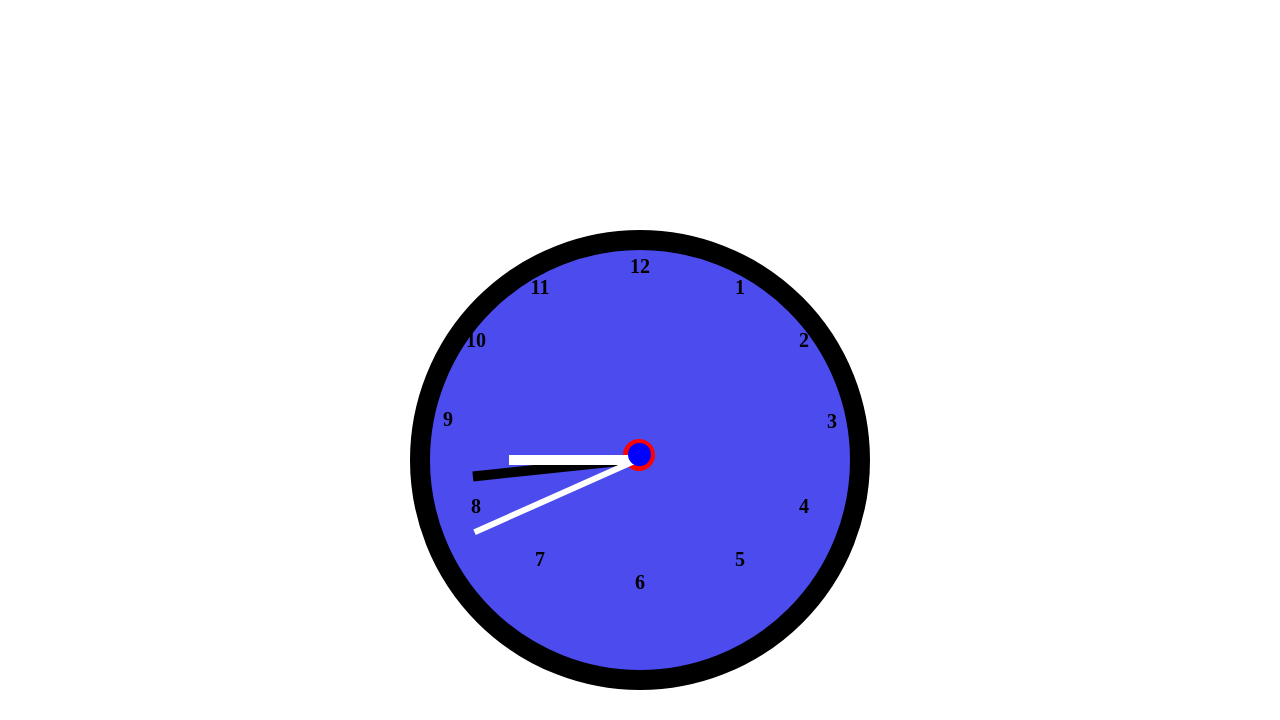
Repository: Eugene44-hub/Analog-clock
Page: index.html
An editor plug-in stored every save of this project. The page is shown before and after the next save, followed by the edit.
The browser window is 1280 px wide. The pictures show the whole page.

Above is the page before, as saved 2021-09-04 20:02:19.

### index.html
<!DOCTYPE html>
<html lang="en">

<head>
    <meta charset="UTF-8">
    <meta http-equiv="X-UA-Compatible" content="IE=edge">
    <meta name="viewport" content="width=device-width, initial-scale=1.0">
    <title>Document</title>
    <link rel="stylesheet" href="style.css">
</head>

<body>
    <div class="clock">
        <div class="numbers">

            <div class="circle"></div>
            <div class="minute"></div>
            <div class="hour"></div>
            <div class="second"></div>
            <div class="circle small"></div>
            <div class="num1">1</div>
            <div class="num2">2</div>
            <div class="num3">3</div>
            <div class="num4">4</div>
            <div class="num5">5</div>
            <div class="num6">6</div>
            <div class="num7">7</div>
            <div class="num8">8</div>
            <div class="num9">9</div>
            <div class="num10">10</div>
            <div class="num11">11</div>
            <div class="num12">12</div>
        </div>
    </div>
</body>

<script src="app.js"></script>

</html>

### style.css
* {
    padding: 0;
    margin: 0;
}

.clock {
    background-color: rgb(75, 75, 238);
    height: 400px;
    width: 400px;
    border: 20px solid black;
    text-align: center;
    font-weight: bold;
    font-family: cursive;
    font-size: 20px;
    transform: translate(0, 50%);
    position: relative;
    border-radius: 50%;
    margin: auto;
    padding: 10px;
}

.circle {
    background-color: red;
    position: absolute;
    top: 45%;
    left: 46%;
    width: 32px;
    height: 32px;
    border-radius: 50%;
}

.minute {
    background-color: black;
    position: absolute;
    top: 10%;
    left: 48.5%;
    width: 10px;
    height: 167px;
    border: 50%;
    transform: rotate(0deg);
    transform-origin: bottom;
}

.hour {
    background-color: black;
    position: absolute;
    top: 19%;
    left: 48.5%;
    width: 10px;
    height: 130px;
    border: 50%;
    transform: rotate(0deg);
    background-color: white;
    transform-origin: bottom;
    /* animation: clock 60s linear infinite; */
}

.second {
    position: absolute;
    top: 7%;
    left: 49%;
    width: 6px;
    height: 180px;
    border: 50%;
    transform: rotate(0deg);
    background-color: white;
    transform-origin: bottom;
    animation: clock 60s linear infinite;
}

.small {
    width: 23px;
    height: 23px;
    background-color: blue;
    left: 198px;
    top: 46%;
}


/*
@keyframes clock {
    from {
        transform: rotate(0deg);
        background-color: white;
    }
    to {
        transform: rotate(360deg);
        background-color: blueviolet;
    }
} */

.num6 {
    transform: translate(0, 850%);
}

.num9 {
    transform: translate(-48%, -155%);
}

.num12 {
    transform: translate(0, -1120%);
}

.num3 {
    transform: translate(48%, 450%);
}

.num1 {
    transform: translate(25%, 70%);
}

.num2 {
    transform: translate(41%, 200%);
}

.num4 {
    transform: translate(41%, 720%);
}

.num5 {
    transform: translate(25%, 850%);
}

.num5 {
    transform: translate(25%, 850%);
}

.num7 {
    transform: translate(-25%, 650%);
}

.num8 {
    transform: translate(-41%, 320%);
}

.num11 {
    transform: translate(-25%, -930%)
}

.num10 {
    transform: translate(-41%, -600%);
}


/* .num1,
.num2,
.num3,
.num4,
.num5,
.num6,
.num7,
.num8,
.num9,
.num10,
.num11,
.num12 {
    padding: 15px;
} */


/* .num1 {
    transform: translate(28%, 100%);
}

.num2 {
    transform: translate(44%, 260%);
}

.num3 {
    transform: translate(48%, 489%);
}

.num4 {
    transform: translate(44%, 750%);
}

.num5 {
    transform: translate(28%, 890%);
}

.num6 {
    transform: translate(0, 890%);
}

.num7 {
    transform: translate(24%, 694%);
}

.num8 {
    transform: translate(-44%, 350%)
}

.num9 {
    transform: translate(-48%, -100%);
}

.num10 {
    transform: translate(-44%, -540%);
}

.num11 {
    transform: translate(-28%, -900%);
}

.num12 {
    transform: translate(0, -1130%);
} */

### app.js
let second, hour, minute, date;

second = document.querySelector('.second');
hour = document.querySelector('.hour');
minute = document.querySelector('.minute');
date = new Date();
seconds = date.getSeconds();
hours = date.getHours() - 12;
minutes = date.getMinutes();

console.log(hours)
second.style.transform = ` rotate(${seconds*6}deg)`;
minute.style.transform = `rotate(${minutes*6}deg)`;
hour.style.transform = `rotate(${270}deg)`;

After the next save:
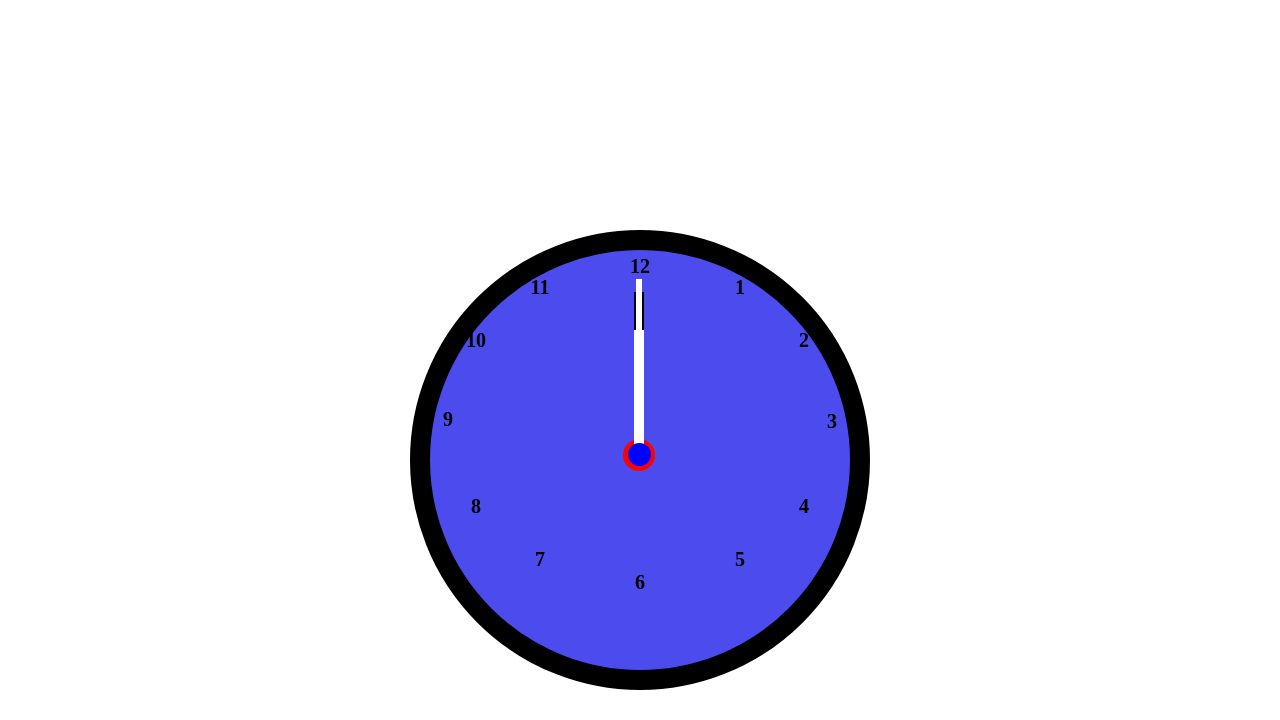
Console error: SyntaxError: Unexpected token '}'
Saved 21 s later.
--- a/app.js
+++ b/app.js
@@ -11,4 +11,4 @@
 console.log(hours)
 second.style.transform = ` rotate(${seconds*6}deg)`;
 minute.style.transform = `rotate(${minutes*6}deg)`;
-hour.style.transform = `rotate(${270}deg)`;
+hour.style.transform = `rotate(${}deg)`;

After the 3 saves that followed:
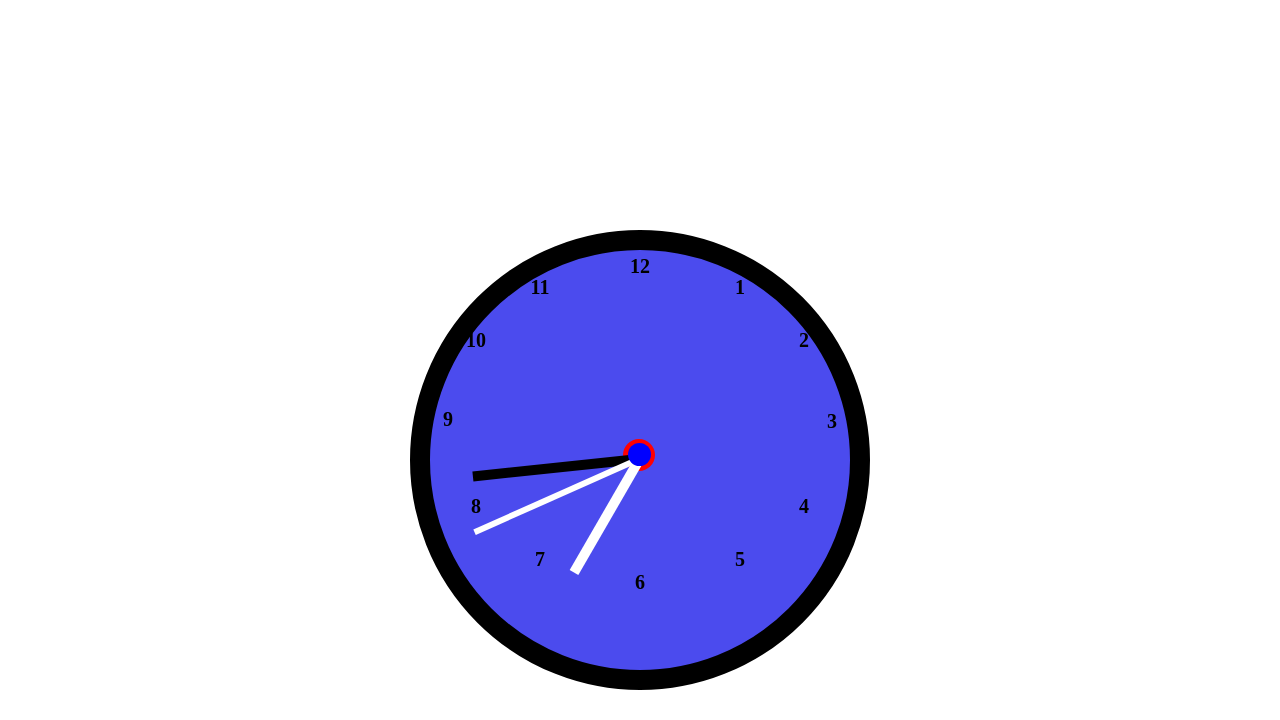
The error is gone.
The 3 saves are shown as one change because 1 left the picture as it was and some came seconds apart.
The last was saved 16 s later.
--- a/app.js
+++ b/app.js
@@ -11,4 +11,4 @@
 console.log(hours)
 second.style.transform = ` rotate(${seconds*6}deg)`;
 minute.style.transform = `rotate(${minutes*6}deg)`;
-hour.style.transform = `rotate(${}deg)`;
+hour.style.transform = `rotate(${30*hours}deg)`;
